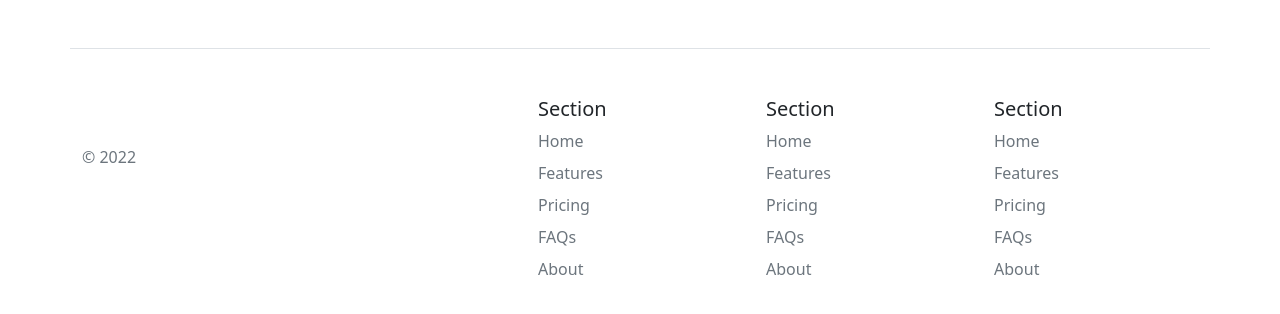
Repository: raoniee/Elice-House-Project
Page: FE/src/components/footer/footer.html
The author's editor kept a copy of each file at every save. The page is drawn from the files as they stood at one save, then again after the next save.
The browser window is 1280 px wide. The pictures show the whole page.

Above is the page before, as saved 2023-07-04 16:45:47.

### FE/src/components/footer/footer.html
<!DOCTYPE html>
<html lang="ko">
  <head>
    <meta charset="UTF-8" />
    <meta http-equiv="X-UA-Compatible" content="IE=edge" />
    <meta name="viewport" content="width=device-width, initial-scale=1.0" />
    <title>Elice-House</title>
    <link
      href="https://cdn.jsdelivr.net/npm/bootstrap@5.2.3/dist/css/bootstrap.min.css"
      rel="stylesheet"
      integrity="sha384-rbsA2VBKQhggwzxH7pPCaAqO46MgnOM80zW1RWuH61DGLwZJEdK2Kadq2F9CUG65"
      crossorigin="anonymous"
    />
  </head>
  <body>
    <div class="container">
      <footer
        class="row row-cols-1 row-cols-sm-2 row-cols-md-5 py-5 my-5 border-top"
      >
        <div class="col mb-3">
          <a
            href="/"
            class="d-flex align-items-center mb-3 link-dark text-decoration-none"
          >
            <svg class="bi me-2" width="40" height="32">
              <use xlink:href="#bootstrap" />
            </svg>
          </a>
          <p class="text-muted">&copy; 2022</p>
        </div>

        <div class="col mb-3"></div>

        <div class="col mb-3">
          <h5>Section</h5>
          <ul class="nav flex-column">
            <li class="nav-item mb-2">
              <a href="#" class="nav-link p-0 text-muted">Home</a>
            </li>
            <li class="nav-item mb-2">
              <a href="#" class="nav-link p-0 text-muted">Features</a>
            </li>
            <li class="nav-item mb-2">
              <a href="#" class="nav-link p-0 text-muted">Pricing</a>
            </li>
            <li class="nav-item mb-2">
              <a href="#" class="nav-link p-0 text-muted">FAQs</a>
            </li>
            <li class="nav-item mb-2">
              <a href="#" class="nav-link p-0 text-muted">About</a>
            </li>
          </ul>
        </div>

        <div class="col mb-3">
          <h5>Section</h5>
          <ul class="nav flex-column">
            <li class="nav-item mb-2">
              <a href="#" class="nav-link p-0 text-muted">Home</a>
            </li>
            <li class="nav-item mb-2">
              <a href="#" class="nav-link p-0 text-muted">Features</a>
            </li>
            <li class="nav-item mb-2">
              <a href="#" class="nav-link p-0 text-muted">Pricing</a>
            </li>
            <li class="nav-item mb-2">
              <a href="#" class="nav-link p-0 text-muted">FAQs</a>
            </li>
            <li class="nav-item mb-2">
              <a href="#" class="nav-link p-0 text-muted">About</a>
            </li>
          </ul>
        </div>

        <div class="col mb-3">
          <h5>Section</h5>
          <ul class="nav flex-column">
            <li class="nav-item mb-2">
              <a href="#" class="nav-link p-0 text-muted">Home</a>
            </li>
            <li class="nav-item mb-2">
              <a href="#" class="nav-link p-0 text-muted">Features</a>
            </li>
            <li class="nav-item mb-2">
              <a href="#" class="nav-link p-0 text-muted">Pricing</a>
            </li>
            <li class="nav-item mb-2">
              <a href="#" class="nav-link p-0 text-muted">FAQs</a>
            </li>
            <li class="nav-item mb-2">
              <a href="#" class="nav-link p-0 text-muted">About</a>
            </li>
          </ul>
        </div>
      </footer>
    </div>
    <script
      src="https://cdn.jsdelivr.net/npm/bootstrap@5.2.3/dist/js/bootstrap.bundle.min.js"
      integrity="sha384-kenU1KFdBIe4zVF0s0G1M5b4hcpxyD9F7jL+jjXkk+Q2h455rYXK/7HAuoJl+0I4"
      crossorigin="anonymous"
    ></script>
  </body>
</html>

After the next save:
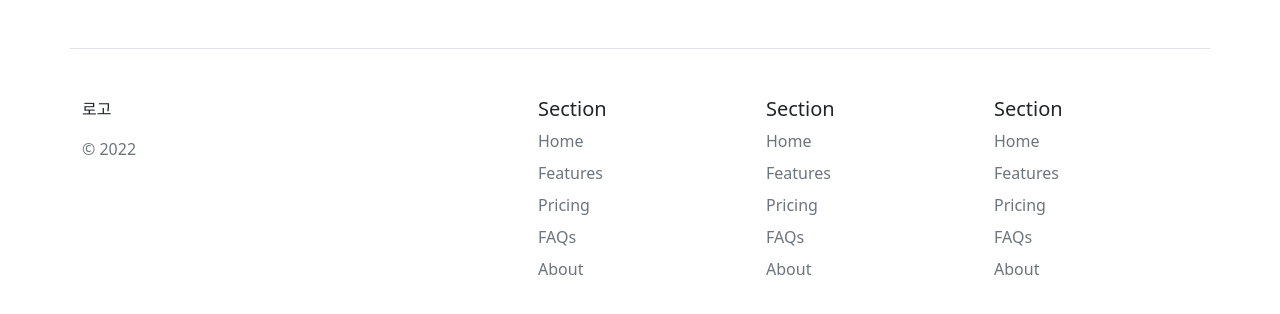
Saved 58 s later.
--- a/FE/src/components/footer/footer.html
+++ b/FE/src/components/footer/footer.html
@@ -22,9 +22,7 @@
             href="/"
             class="d-flex align-items-center mb-3 link-dark text-decoration-none"
           >
-            <svg class="bi me-2" width="40" height="32">
-              <use xlink:href="#bootstrap" />
-            </svg>
+            로고
           </a>
           <p class="text-muted">&copy; 2022</p>
         </div>
